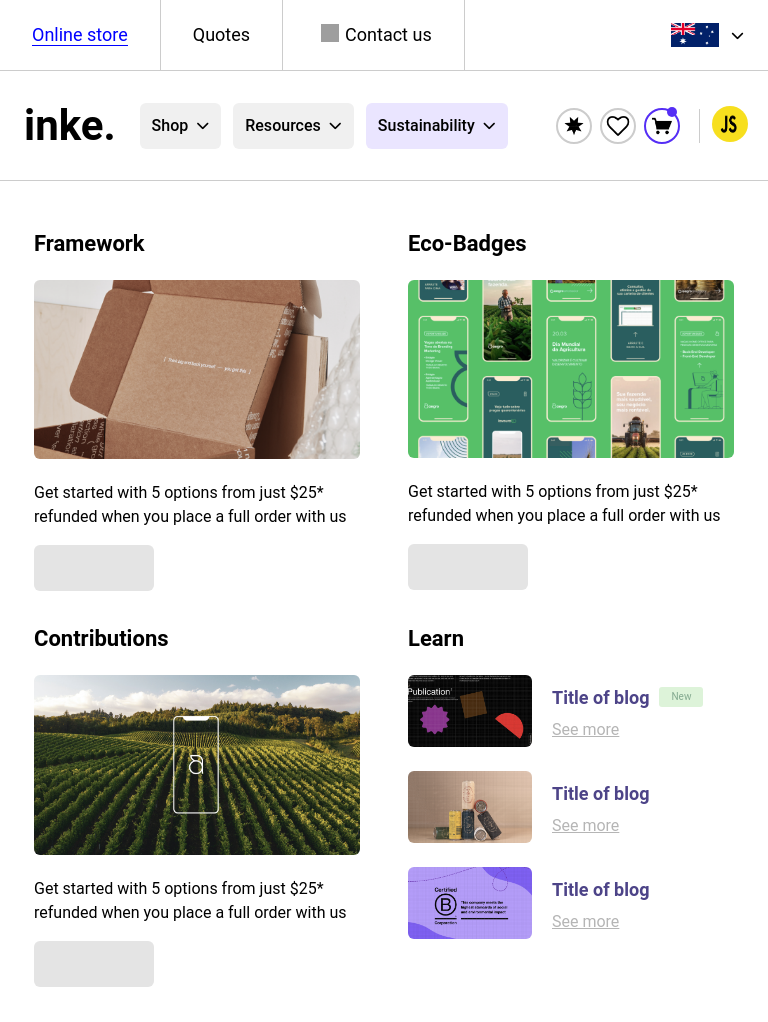
Repository: NguyenMinhKhanhB1909929/Practice_HTML-01
Page: index.html
The author's editor kept a copy of each file at every save. The page is drawn from the files as they stood at one save, then again after the next save.
The browser window is 768 px wide. The pictures show the whole page.
Pictures or frames that could not be fetched are drawn as grey boxes. Some web libraries are served in a nearby version.

Above is the page before, as saved 2022-04-07 19:29:16.

### index.html
<!DOCTYPE html>
<html lang="en">
  <head>
    <meta charset="UTF-8" />
    <meta http-equiv="X-UA-Compatible" content="IE=edge" />
    <meta name="viewport" content="width=device-width, initial-scale=1.0" />
    <title>Practice 1</title>
    <link rel="stylesheet" href="./asset/style/style.css" />
    <link
      rel="stylesheet"
      href="https://cdnjs.cloudflare.com/ajax/libs/font-awesome/6.1.1/css/all.min.css"
    />
  </head>
  <body>
    <div class="main">
      <div class="header">
        <div class="header__about">
          <div class="header__about-text">
            <a href="" class="active">Online store</a>
          </div>
          <div class="header__about-text">
            <a href="">Quotes</a>
          </div>
          <div class="header__about-text">
            <img
              src="https://emojipedia-us.s3.dualstack.us-west-1.amazonaws.com/thumbs/120/google/313/waving-hand_1f44b.png"
              alt=""
              class="header__about-text__img"
            />
            <p class="m-0">
              <a href="">Contact us</a>
            </p>
          </div>
        </div>
        <div class="header__nation">
          <div class="header__nation-wrap">
            <div class="header__nation-flag">
              <img
                src="./asset/img/Australia.svg.webp"
                alt="abc"
                class="header__nation-flag-img"
              />
            </div>
            <div class="header__nation-name">
              <p class="m-0">Australia</p>
            </div>
            <div class="header__nation-icon">
              <i class="fa-solid fa-chevron-down"></i>
            </div>
          </div>
        </div>
      </div>
      <nav class="nav">
        <div class="nav__category">
          <div class="nav__logo">
            <a href="" class="nav__logo-link">inke.</a>
          </div>

          <div class="nav__category-opt">
            <p class="nav__category-opt-name">Shop</p>
            <div class="nav__category-opt-icon">
              <i class="fa-solid fa-chevron-down"></i>
            </div>
          </div>

          <div class="nav__category-opt">
            <p class="nav__category-opt-name">Resources</p>
            <div class="nav__category-opt-icon">
              <i class="fa-solid fa-chevron-down"></i>
            </div>
          </div>
          <div class="nav__category-opt active-btn">
            <p class="nav__category-opt-name">Sustainability</p>
            <div class="nav__category-opt-icon">
              <i class="fa-solid fa-chevron-down"></i>
            </div>
          </div>
        </div>
        <div class="nav__wrap">
          <div class="nav__icon-wrap">
            <div class="nav__icon">
              <img
                src="./asset/img/seven-pointed-star-vector-icon-seven-pointed-star-icon-vector-seven-pointed-star-icon-seven-pointed-star-vector-icon-96183751.jpg"
                alt=""
                class="nav__icon-img"
              />
            </div>
            <div class="nav__icon">
              <img
                src="./asset/img/heart-icon-free-vector.jpg"
                alt=""
                class="nav__icon-img"
              />
            </div>
            <div class="nav__icon active-icon">
              <img
                src="./asset/img/cart-icon-20.jpg"
                alt=""
                class="nav__icon-img"
              />
            </div>
          </div>
          <div class="nav__dash-wrap">
            <div class="nav__das-group">
              <p class="m-0 nav__das-text">Dashboard</p>
              <div class="nav__dash-icon">
                <i class="fa-solid fa-chevron-down"></i>
              </div>
            </div>
            <div class="nav__dash-user">
              <img
                src="./asset/img/images.png"
                alt=""
                class="nav__dash-user-img"
              />
            </div>
          </div>
        </div>
      </nav>
      <div class="container">
        <div class="row">
          <div class="col">
            <div class="container__heading">
              <p class="m-0 container__heading-name">Framework</p>
            </div>
            <div class="container__content">
              <img
                src="./asset/img/image 1.PNG"
                alt=""
                class="container__content-img"
              />
              <p class="container__content-desc">
                Get started with 5 options from just $25* refunded when you
                place a full order with us
              </p>
            </div>
            <button class="btn"></button>
          </div>
          <div class="col">
            <div class="container__heading">
              <p class="m-0 container__heading-name">Eco-Badges</p>
            </div>
            <div class="container__content">
              <img
                src="./asset/img/image2.PNG"
                alt=""
                class="container__content-img"
              />
              <p class="container__content-desc">
                Get started with 5 options from just $25* refunded when you
                place a full order with us
              </p>
            </div>
            <button class="btn"></button>
          </div>
          <div class="col">
            <div class="container__heading">
              <p class="m-0 container__heading-name">Contributions</p>
            </div>
            <div class="container__content">
              <img
                src="./asset/img/image3.PNG"
                alt=""
                class="container__content-img"
              />
              <p class="container__content-desc">
                Get started with 5 options from just $25* refunded when you
                place a full order with us
              </p>
            </div>
            <button class="btn"></button>
          </div>
          <div class="col">
            <div class="container__heading">
              <p class="m-0 container__heading-name">Learn</p>
            </div>
            <div class="container__content">
              <div class="container__content-group">
                <div class="container__content-group-img">
                  <img
                    src="./asset/img/image4.PNG"
                    alt=""
                    class="content-img"
                  />
                </div>
                <div class="container__content-group-title-more">
                  <div class="container__content-title-group">
                    <p class="container__content-title">Title of blog</p>
                    <a class="container__content-title-btn">New</a>
                  </div>
                  <a href="" class="container__content-more">See more</a>
                </div>
              </div>
              <div class="container__content-group">
                <div class="container__content-group-img">
                  <img
                    src="./asset/img/image6.PNG"
                    alt=""
                    class="content-img"
                  />
                </div>
                <div class="container__content-group-title-more">
                  <p class="container__content-title">Title of blog</p>
                  <a href="" class="container__content-more">See more</a>
                </div>
              </div>
              <div class="container__content-group">
                <div class="container__content-group-img">
                  <img
                    src="./asset/img/image7.PNG"
                    alt=""
                    class="content-img"
                  />
                </div>
                <div class="container__content-group-title-more">
                  <p class="container__content-title">Title of blog</p>
                  <a href="" class="container__content-more">See more</a>
                </div>
              </div>
            </div>
          </div>
        </div>
      </div>
    </div>
  </body>
</html>

### asset/style/style.css
* {
  box-sizing: border-box;
  margin: 0;
  font-family: "Roboto", sans-serif;
}
.m-0 {
  margin: 0;
}
.main {
  width: 100%;
}
.header {
  padding: 0 30px;
  display: flex;
  font-size: 18px;
  justify-content: space-between;
  border-bottom: 1px solid #ccc;
}
.header__about {
  display: flex;
}
.header__about-text {
  padding: 24px 32px;
  display: flex;
  border-right: 1px solid #ccc;
}
.header__about-text:hover a {
  color: blue;
  cursor: pointer;
}
.header__about-text__img {
  width: 18px;
  height: 18px;
  display: flex;
  align-items: center;
  margin: 0 6px;
}
.header__nation {
  display: flex;
  align-items: center;
}
.header__nation-wrap {
  display: flex;
}
.header__nation-flag {
  display: flex;
  align-items: center;
}
.header__nation-flag-img {
  width: 40px;
}
.header__nation-name {
  padding: 24px 8px;
}
.header__nation-icon {
  display: flex;
  align-items: center;
  margin: 0 32px 0 4px;
  font-size: 13px;
}
.active {
  color: blue;
  border-bottom: 1px solid blue;
}
a {
  text-decoration: none;
  color: #000;
}

.nav {
  padding: 30px 62px;
  display: flex;
  font-size: 18px;
  justify-content: space-between;
  align-items: center;
  border-bottom: 1px solid #ccc;
}
.nav__category {
  display: flex;
  align-items: center;
}
.nav__logo {
  padding: 0 24px;
}
.nav__logo-link {
  font-size: 42px;
  font-weight: bold;
}
.nav__wrap {
  display: flex;
  align-items: center;
}
.nav__icon-wrap {
  display: flex;
  padding-right: 20px;
  position: relative;
  align-items: center;
  position: relative;
}

.nav__icon {
  width: 36px;
  height: 36px;
  border-radius: 100rem;
  border: 2px solid #ccc;
  display: flex;
  justify-content: center;
  align-items: center;
  margin-right: 8px;
}
.active-icon {
  border: 2px solid #552ef5;
  position: relative;
}
.active-icon::after {
  content: "";
  display: block;
  width: 10px;
  height: 10px;
  background-color: #552ef5;
  position: absolute;
  border-radius: 100rem;
  top: -3px;
  right: 1px;
}
.nav__icon-wrap::after {
  content: "";
  position: absolute;
  display: block;
  height: 34px;
  width: 1px;
  background-color: #ccc;
  right: 0;
  top: 50%;
  transform: translateY(-50%);
}
.nav__dash-wrap {
  display: flex;
  align-items: center;
}
.nav__das-text {
  margin-left: 28px;
}
.nav__dash-icon {
  font-size: 13px;
  margin: 0 12px;
}

.nav__category-opt {
  width: 140px;
  height: 40px;
  border-radius: 6px;
  border: none;
  background-color: #f0f0f0;
  margin-left: 12px;
  padding: 0 12px;
  display: flex;
  align-items: center;
  justify-content: space-between;
  font-size: 16px;
  font-weight: 500;
}
.nav__category-opt:hover {
  background-color: #eae5ff;
}
.nav__category-opt-icon {
  font-size: 13px;
  font-weight: bold;
}
.nav__dash-user {
  margin-left: 8px;
}
.nav__dash-user-img {
  width: 36px;
  border-radius: 100rem;
  height: 36px;
}
.nav__icon-img {
  width: 28px;
  height: 28px;
  border-radius: 100rem;
}
.active-btn {
  background-color: #eae5ff;
}
.container {
  margin: 0 120px;
  padding: 50px 0 0 0;
}
.row {
  display: flex;
}
.col {
  width: 25%;
  padding: 0 12px;
}
.container__heading {
}

.container__heading-name {
  font-size: 22px;
  font-weight: 600;
}
.container__content {
  margin-top: 24px;
}
.container__content-img {
  width: 100%;
  border-radius: 6px;
  margin-bottom: 18px;
}
.container__content-desc {
  font-size: 13px;
  line-height: 18px;
}
.btn {
  height: 34px;
  width: 96px;
  background-color: #e4e4e4;
  border: none;
  border-radius: 6px;
  margin-top: 24px;
}
.container__content-group {
  display: flex;
  margin-bottom: 20px;
}
.container__content-group-img {
  margin-right: 20px;
}
.content-img {
  height: 72px;
  width: 124px;
  border-radius: 6px;
}
.container__content-group-title-more {
  display: flex;
  flex-direction: column;
  justify-content: space-evenly;
}
.container__content-title-group {
  display: flex;
}
.container__content-title {
  font-size: 18px;
  font-weight: 600;
  color: #4d4488;
  margin-right: 10px;
}
.container__content-title-btn {
  font-size: 10px;
  background-color: #ddf3d9;
  width: 44px;
  height: 20px;
  border-radius: 3px;
  text-align: center;
  line-height: 20px;
  color: #84aa90;
}
.container__content-more {
  font-size: 16px;
  color: #b5b5b5;
  text-decoration: underline;
}
.nav__das-group {
  display: flex;
  align-items: center;
}

/* ---------------------Responsive------------------- */
/* PC */
@media screen and (min-width: 64em) {
  * {
    color: blue;
  }
}
/* Tablet */
@media screen and (min-width: 46.25em) and (max-width: 63.9375em) {
  /* Header */
  .header {
    padding: 0 0;
  }
  .header__nation-name {
    display: none;
  }
  .header__nation-icon {
    margin-left: 12px;
    margin-right: 24px;
  }
  .header__nation-flag-img {
    width: 48px;
  }
  /* Nav */
  .nav {
    padding-left: 0;
    padding-right: 0;
  }
  .nav__das-group {
    display: none;
  }
  .nav__category-opt {
    width: auto;
    height: 46px;
  }
  .nav__category-opt-name {
    margin-right: 8px;
  }
  .nav__dash-user {
    margin-left: 12px;
    margin-right: 20px;
  }
  .nav__icon-wrap {
    padding-right: 12px;
  }
  .nav__logo {
    padding-right: 12px;
  }
  /* Container */
  .container {
    margin: 0 10px;
  }
  .row {
    flex-wrap: wrap;
  }
  .col {
    width: 50%;
    margin-bottom: 32px;
    padding: 0 24px;
  }
  .btn {
    height: 46px;
    width: 120px;
    margin-top: 16px;
  }
  .container__content-desc {
    font-size: 16px;
    line-height: 24px;
  }
}

/* Mobile */
@media screen and (max-width: 46.1875em) {
  * {
    color: red;
  }
}

After the next save:
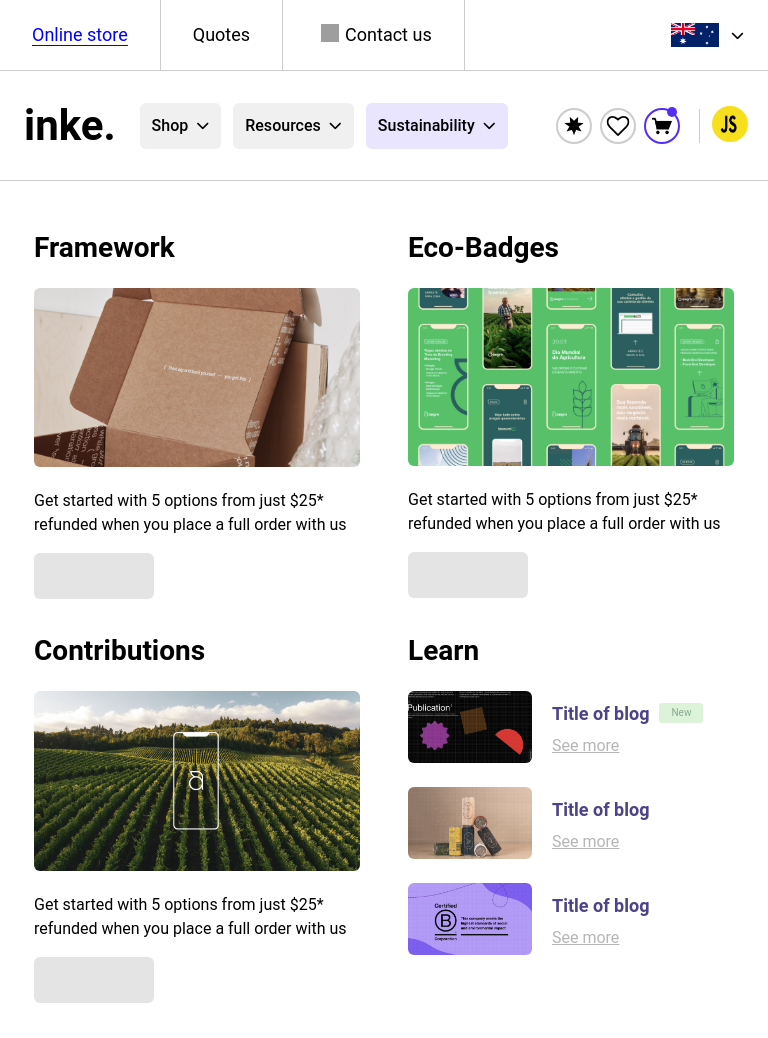
Saved 55 s later.
--- a/asset/style/style.css
+++ b/asset/style/style.css
@@ -336,6 +336,9 @@ a {
     font-size: 16px;
     line-height: 24px;
   }
+  .container__heading-name {
+    font-size: 28px;
+  }
 }
 
 /* Mobile */
